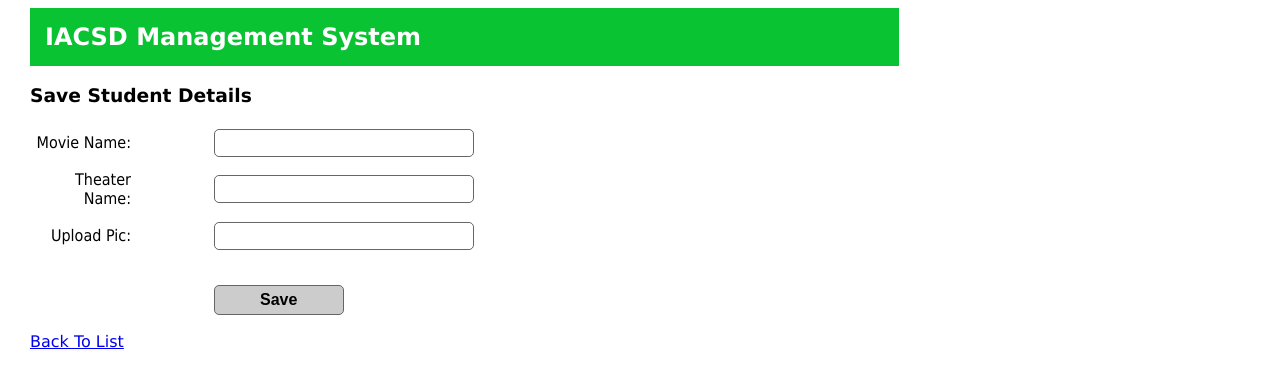
Repository: vsc8791/IMS
Page: http://localhost/web-customer-tracker/WEB-INF/view/customer-form.jsp
An editor plug-in stored every save of this project. The page is shown before and after the next save, followed by the edit.
The browser window is 1280 px wide. The pictures show the whole page.
The page is served by Tomcat 9. Nobody is signed in. Other server files are loaded and not shown. The template is opened directly, without the code that normally fills it, so the values that code supplies are empty.

Above is the page before, as saved 2018-07-27 03:40:57.

### web-customer-tracker/WebContent/WEB-INF/view/customer-form.jsp
 <%@ taglib prefix="form" uri="http://www.springframework.org/tags/form"%>
<!DOCTYPE html>
<html>
<head>

<title>Save Student</title>
<link type="text/css" rel="stylesheet"
	href="${pageContext.request.contextPath}/resources/css/style.css">

<title>Save Customer</title>
<link type="text/css" rel="stylesheet"
	href="${pageContext.request.contextPath}/resources/css/add-customer-style.css">
</head>
<body>
	<div id="wrapper">
		<div id="header">
			<h2>IACSD Management System</h2>
		</div>
	</div>
	<div>
		<h3>Save Student Details</h3>
		<form:form action="saveCustomer" modelAttribute="customer"
			method="POST">
			<!-- need to associate this data with Customer Id -->
			<form:hidden path="id"/>

			<table>
				<tbody>
					<tr>
						<td><label>Movie Name:</label></td>
						<td><form:input path="firstName" /></td>
					</tr>
					<tr>
						<td><label>Theater Name:</label></td>
						<td><form:input path="lastName" /></td>
					</tr>
					<tr>
						<td><label>Upload Pic:</label></td>
						<td><form:input path="email" type="files" /></td>
					</tr>
					<tr>
						<td><label></label></td>
						<td><input type="submit" value="Save" class="save" /></td>
					</tr>
				</tbody>
			</table>
		</form:form>
		<div style="clear;both;"></div>
		<p><a href="${pageContext.request.contextPath}/customer/list">Back To List</a></p>
	</div>

</body>


</html>

### web-customer-tracker/WebContent/resources/css/style.css
html, body{
	margin-left:15px; margin-right:15px;
	padding:0px;
	font-family:Verdana, Arial, Helvetica, sans-serif;
}

table {
	border-collapse:collapse;
	border-bottom:1px solid gray;
	font-family: Tahoma,Verdana,Segoe,sans-serif;
	width:72%;
}

th {
	border-bottom:1px solid gray;
	background:none repeat scroll 0 0 #09c332;
	padding:10px;
	color: #FFFFFF;
}

tr {
	border-top:1px solid gray;
	text-align:center;
}

tr:nth-child(even) {background: #FFFFFF}
tr:nth-child(odd) {background: #BBBBBB}

#wrapper {width: 100%; margin-top: 0px; }
#header {width: 70%; background:#09c332; margin-top: 0px; padding:15px 0px 15px 15px;}
#header h2 {width: 100%; margin:auto; color: #FFFFFF;}
#container {width: 100%; margin:auto}
#container h3 {color: #000;}
#container #content {margin-top: 20px;}

.add-button {
	border: 1px solid #666;
	border-radius: 5px;
	padding: 4px;
	font-size: 12px;
	font-weight: bold;
	width: 120px;
	padding: 5px 10px;

	margin-bottom: 15px;
	background: #cccccc;
}

Loaded but not shown: web-customer-tracker/WebContent/resources/css/add-customer-style.css (common file)

After the next save:
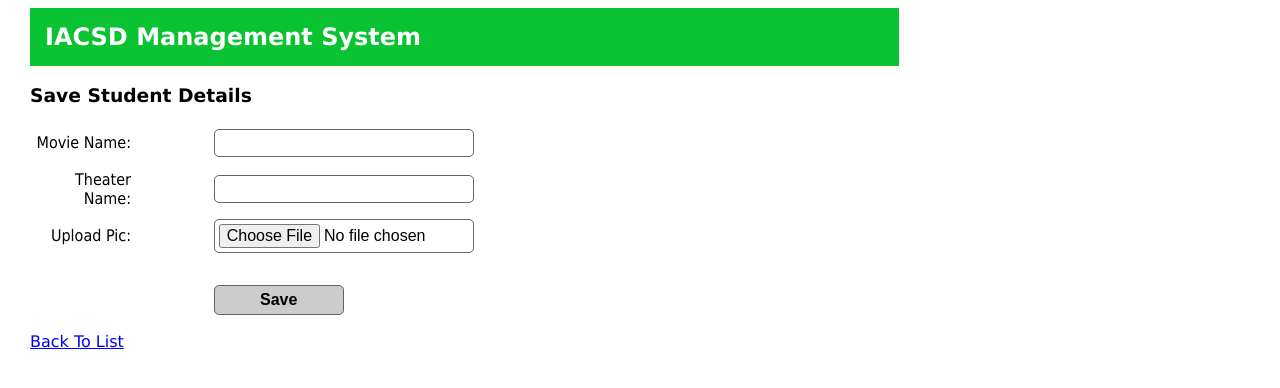
Saved 15 min 22 s later.
--- a/web-customer-tracker/WebContent/WEB-INF/view/customer-form.jsp
+++ b/web-customer-tracker/WebContent/WEB-INF/view/customer-form.jsp
@@ -36,7 +36,7 @@
 					</tr>
 					<tr>
 						<td><label>Upload Pic:</label></td>
-						<td><form:input path="email" type="files" /></td>
+						<td><form:input path="email" type="file" /></td>
 					</tr>
 					<tr>
 						<td><label></label></td>
